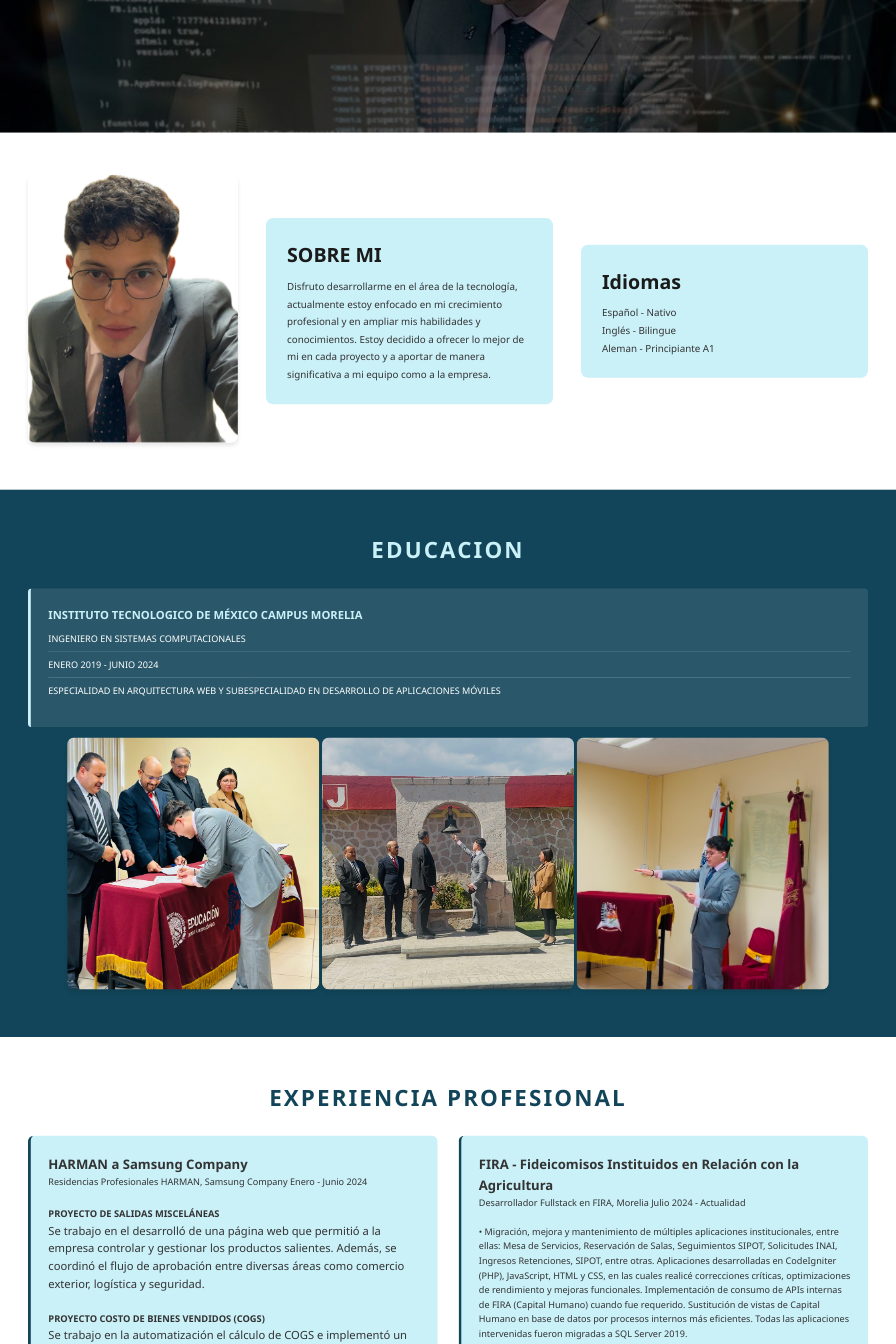
Repository: rafaelsilva2k/mi-portafolio
Page: index.html
An editor plug-in stored every save of this project. The page is shown before and after a run of saves, followed by the edit.
The browser window is 1280 px wide. The pictures show the part of the page from y = 411 to 2331 px (the page is 3313 px tall before and 3315 px after), at 70% of full size.

Above is the page before, as saved 2026-04-17 12:56:36.

After the next 5 saves:
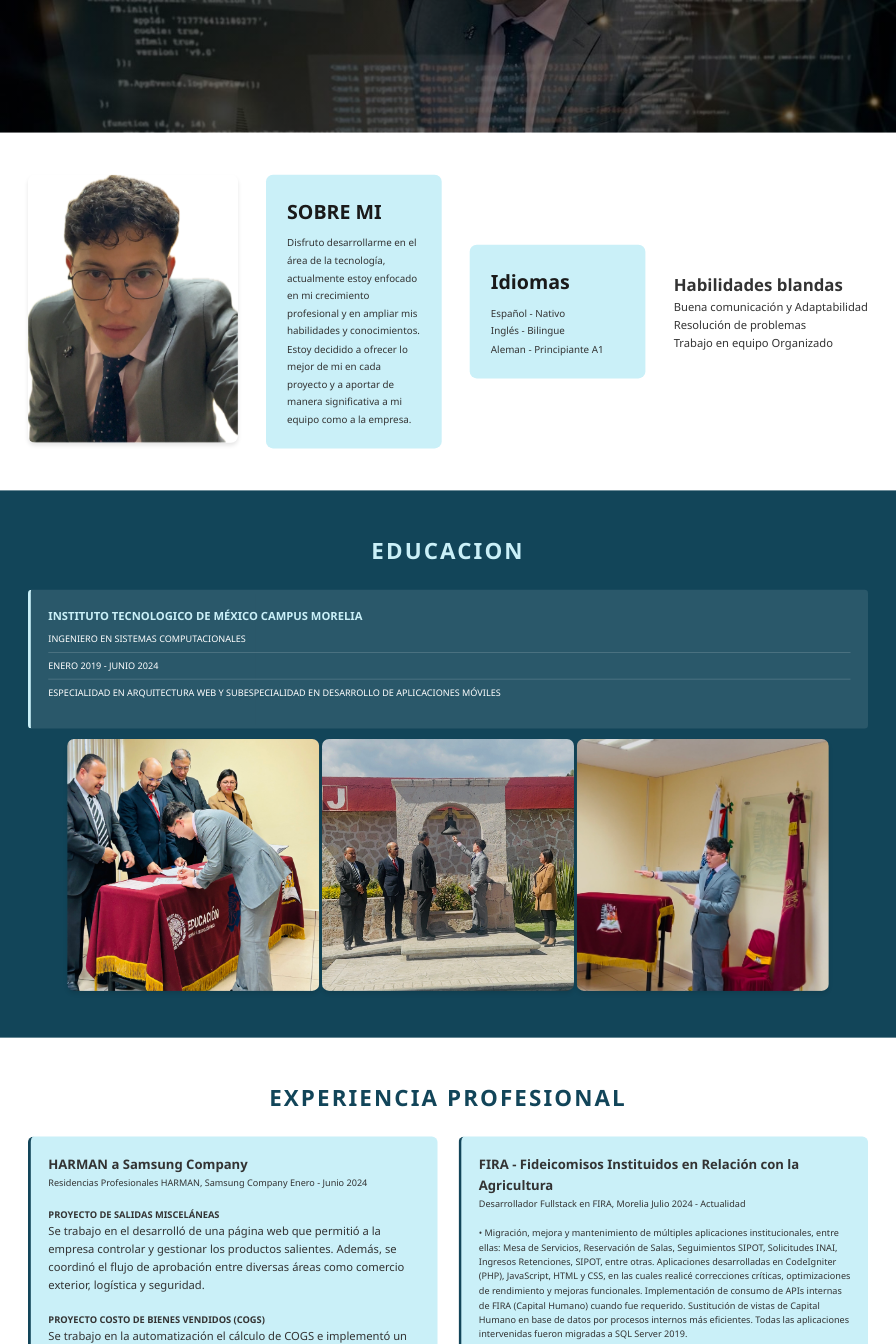
The 5 saves are shown as one change because they came seconds apart.
The last was saved 18 s later.
--- a/index.html
+++ b/index.html
@@ -47,7 +47,10 @@
             <div class="sobre-mi-texto">
                 <h2>Idiomas</h2>
                 <p>Español - Nativo <br> Inglés - Bilingue <br> Aleman - Principiante A1</p>
-
+            </div>
+            <div>
+                <h2>Habilidades blandas</h2>
+                <p>Buena comunicación y Adaptabilidad <br> Resolución de problemas <br> Trabajo en equipo  Organizado</p>
             </div>
         </div>
       </section>
